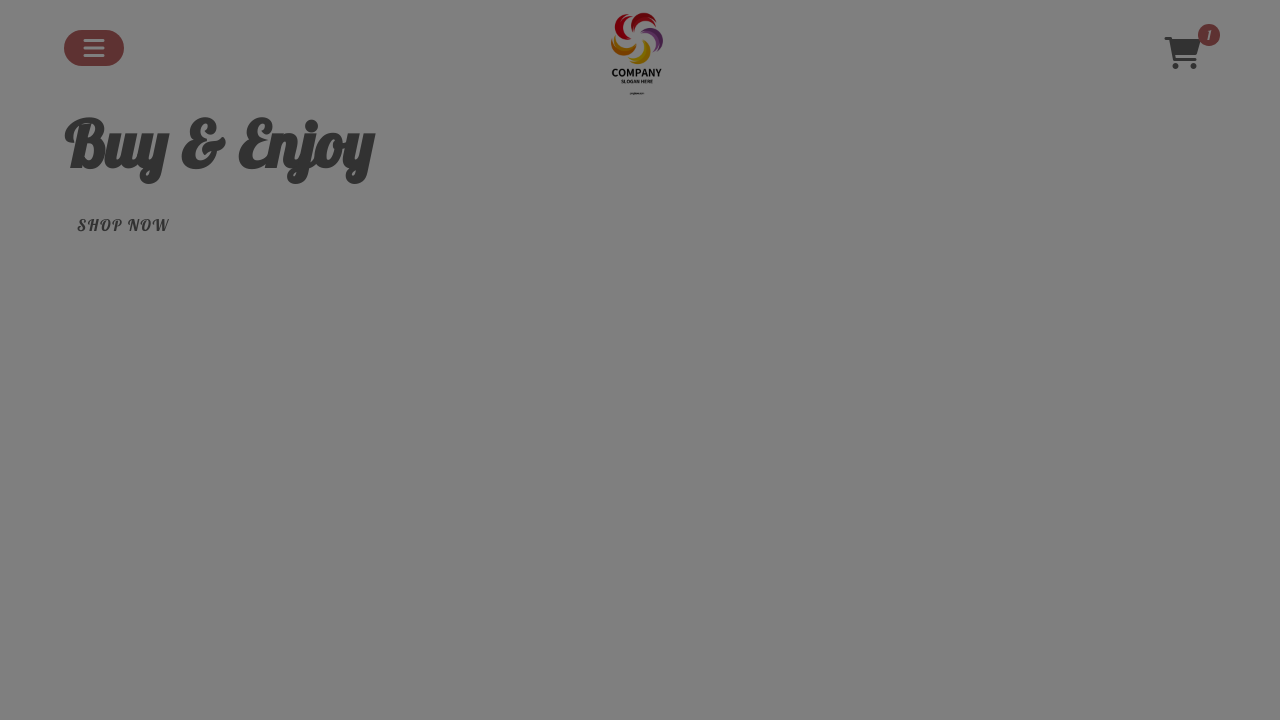
Repository: tetlisna/myprojectJS2
Page: index.html
The author's editor kept a copy of each file at every save. The page is drawn from the files as they stood at one save, then again after the next save.
The browser window is 1280 px wide. The pictures show the whole page.
Some web fonts or font styles are not loaded; a fallback is used.

Above is the page before, as saved 2022-09-04 21:36:36.

After the next save:
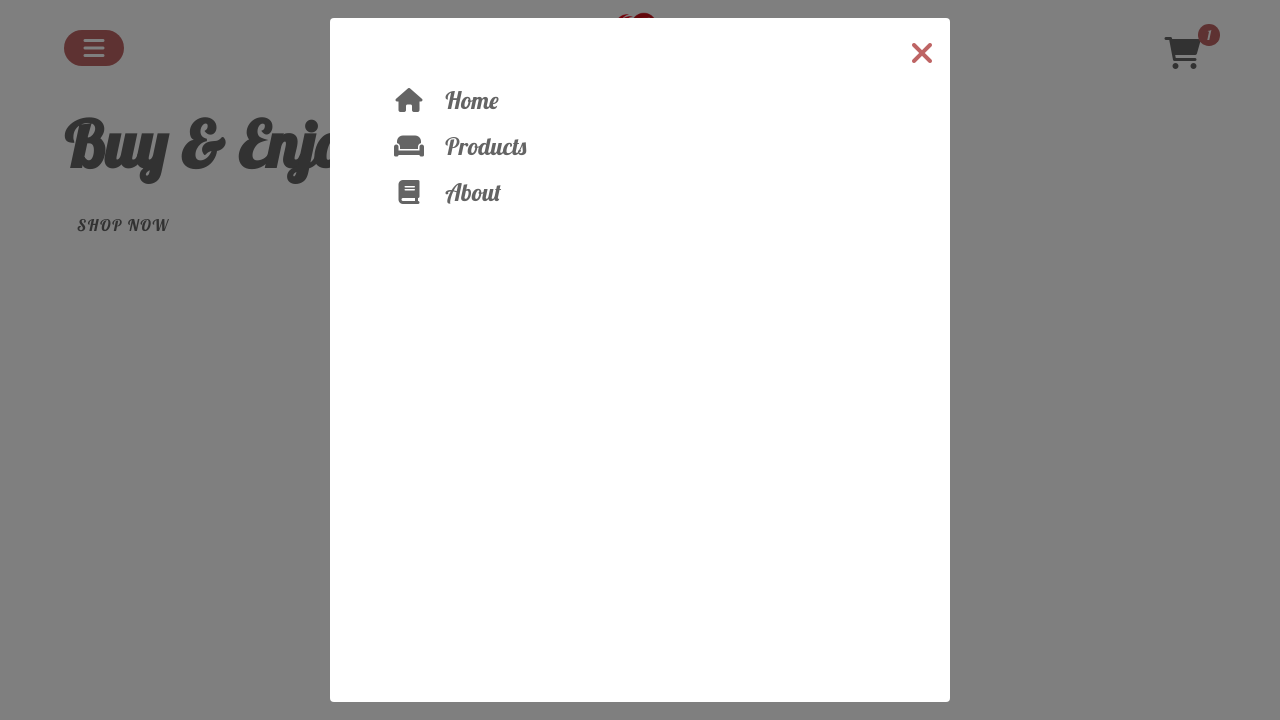
Saved 9 s later.
--- a/css/style.css
+++ b/css/style.css
@@ -198,7 +198,7 @@
     /* box-shadow: var(--dark-shadow); */
     position: relative;
     padding: 4rem;
-    transform: scale(0);
+    /* transform: scale(0); */
 }
 /* .show .sidebar {
     transform: scale(1);

After the save that followed:
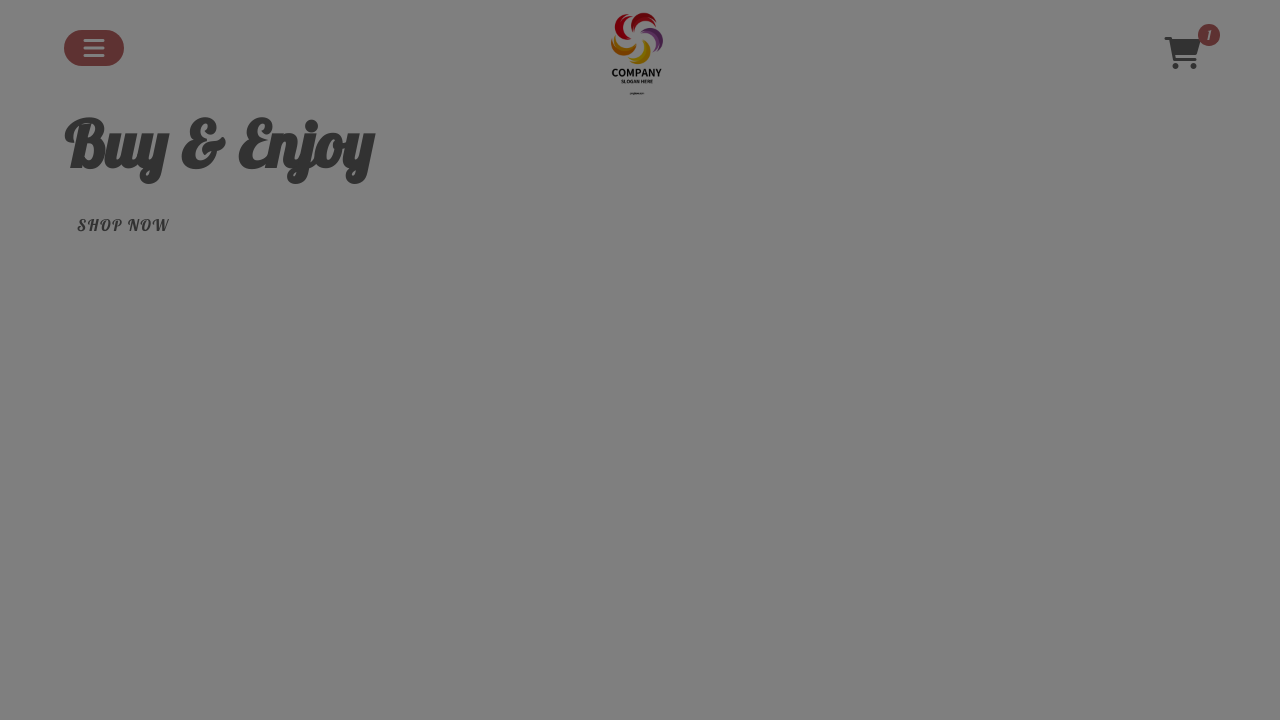
Saved 15 s later.
--- a/css/style.css
+++ b/css/style.css
@@ -198,7 +198,7 @@
     /* box-shadow: var(--dark-shadow); */
     position: relative;
     padding: 4rem;
-    /* transform: scale(0); */
+    transform: scale(0);
 }
 /* .show .sidebar {
     transform: scale(1);
